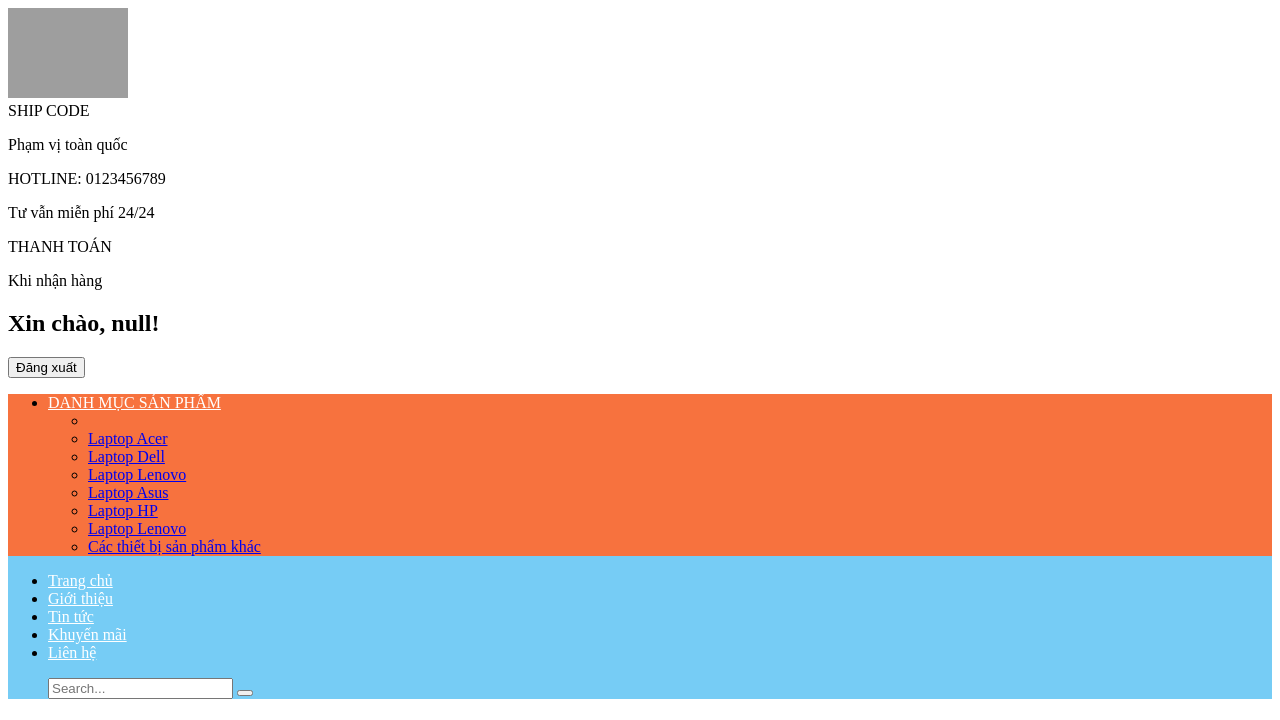
Repository: dhuNn103/DA
Page: http://localhost/CPT/all/homeHeader.jsp
The author's editor kept a copy of each file at every save. The page is drawn from the files as they stood at one save, then again after the next save.
The browser window is 1280 px wide. The pictures show the whole page.
Pictures or frames that could not be fetched are drawn as grey boxes. The page is served by Tomcat 9. Other server files are loaded and not shown.

Above is the page before, as saved 2024-05-13 16:43:55.

### workspace/CPT/src/main/webapp/all/homeHeader.jsp
<%@ page language="java" contentType="text/html; charset=UTF-8"
	pageEncoding="UTF-8"%>
<%@ taglib prefix="c" uri="http://java.sun.com/jsp/jstl/core"%>
<!DOCTYPE html>
<html>
<head>
<meta charset="UTF-8">
<title>Insert title here</title>
<style type="text/css">
.ctr-cl {
	background-color: #76ccf5;
}

.nv-cl {
	background-color: #f7723e;
}

.tl {
	color: white;
}

.sea:hover {
	background-color: #f7723e;
}
</style>
</head>
<body>
	<section class="header">
		<div class="container">
			<div class="row px-5">
				<div class="col-md-2" id="logo">
					<a href="index.jsp"> <img src="img/Logo1.png"
						style="width: 120px; height: 90px">
					</a>
				</div>
				<div class="col-md-7">
					<div class="row py-3">
						<div class="col-md-4">
							<div class="row text-danger">
								<div class="col-2 fs-3 p-1">
									<i class="fa-solid fa-truck"></i>
								</div>
								<div class="col-10">
									SHIP CODE
									<p class="text-dark">Phạm vị toàn quốc</p>
								</div>
							</div>
						</div>
						<div class="col-md-5">
							<div class="row text-danger">
								<div class="col-2 fs-3 p-1">
									<i class="fa-solid fa-phone-volume"></i>
								</div>
								<div class="col-10">
									HOTLINE: 0123456789
									<p class="text-dark">Tư vẫn miễn phí 24/24</p>
								</div>
							</div>
						</div>
						<div class="col-md-3">
							<div class="row text-danger">
								<div class="col-2 fs-3 p-1">
									<i class="fa-solid fa-hand-holding-dollar"></i>
								</div>
								<div class="col-10">
									THANH TOÁN
									<p class="text-dark">Khi nhận hàng</p>
								</div>
							</div>
						</div>
					</div>
				</div>
				<div class="col-md-3">
					<div class="row py-3">
						<div class="col-md-8">
							<div class="my-2">
								<!-- 								<a href="login.jsp"> -->
								<!-- 									<button href="login.jsp" class="btn btn-primary">Đăng -->
								<!-- 										nhập/đăng ký</button> -->
								<!-- 								</a> -->

								<h2>
									Xin chào,
									<%=session.getAttribute("eml")%>!
								</h2>
								<form action="LogOutServlet" method="post">
									<button type="submit">Đăng xuất</button>
								</form>
							</div>
						</div>
						<div class="col-md-2">
							<div class="row">
								<div class="fs-3 p-1">
									<a href="#"> <i class="fa-solid fa-cart-shopping text-dark"></i>
									</a>
								</div>
							</div>
						</div>
						<div class="col-md-2">
							<div class="row">
								<div class="fs-3 p-1">
									<a href="#"> <i class="fa-solid fa-bell text-dark"></i>
									</a>
								</div>
							</div>
						</div>
					</div>
				</div>
			</div>
		</div>
		<div class="container-fluid ctr-cl">
			<div class="container ctr-cl">
				<div class="row px-5 fs-5">
					<div class="col-md-3">
						<nav class="navbar navbar-expand-sm nv-cl">
							<ul class="navbar-nav ">
								<li class="nav-item dropdown px-1"><a
									class="nav-link dropdown-toggle tl"
									data-bs-auto-close="outside" href="#" id="navbarDropdown"
									data-bs-toggle="dropdown" aria-expanded="false"> <i
										class="fa-solid fa-bars"></i> DANH MỤC SẢN PHẨM
								</a>
									<ul class="dropdown-menu mt-3 fs-5">
										<li class="dropend">
											<!-- 										<a --> <!-- 											class="dropdown-item dropdown-toggle" -->
											<!-- 											data-bs-toggle="dropdown" href="#">Laptop</a> 											<ul class="dropdown-menu  mt-4 fs-5"> -->
											<!-- 												<li><a class="dropdown-item " href="lapacer.jsp">Thương -->
											<!-- 														hiệu Acer</a></li> --> <!-- 												<li><a class="dropdown-item " href="lapdell.jsp">Thương -->
											<!-- 														hiệu Dell</a></li> --> <!-- 												<li><a class="dropdown-item " href="laplenovo.jsp">Thương -->
											<!-- 														hiệu Lenovo</a></li> --> <!-- 												<li><a class="dropdown-item " href="lapasus.jsp">Thương -->
											<!-- 														hiệu Asus</a></li> --> <!-- 												<li><a class="dropdown-item " href="lapapple.jsp">Thương -->
											<!-- 														hiệu Apple</a></li> --> <!-- 												<li><a class="dropdown-item " href="laphp.jsp">Thương -->
											<!-- 														hiệu Hp</a></li> --> <!-- 											</ul>-->
										</li>
										<li><a class="dropdown-item " href="linkkien.jsp">Laptop
												Acer</a></li>
										<li><a class="dropdown-item " href="linkkien.jsp">Laptop
												Dell</a></li>
										<li><a class="dropdown-item " href="linkkien.jsp">Laptop
												Lenovo</a></li>
										<li><a class="dropdown-item " href="linkkien.jsp">Laptop
												Asus</a></li>
										<li><a class="dropdown-item " href="linkkien.jsp">Laptop
												HP</a></li>
										<li><a class="dropdown-item " href="linkkien.jsp">Laptop
												Lenovo</a></li>
										<li><a class="dropdown-item " href="linkkien.jsp">Các
												thiết bị sản phẩm khác</a></li>
									</ul></li>
							</ul>
						</nav>
					</div>
					<div class="col-md-6 ">
						<nav class="navbar navbar-expand-sm">
							<ul class="navbar-nav mx-2 ">
								<li class="nav-item mx-2"><a class="nav-link tl"
									href="index.jsp">Trang chủ</i></a></li>
								<li class="nav-item mx-2"><a class="nav-link tl"
									href="trangGioiThieu.jsp">Giới thiệu</a></li>
								<li class="nav-item mx-2"><a class="nav-link tl"
									href="trangTinTuc.jsp">Tin tức</a></li>
								<li class="nav-item mx-2"><a class="nav-link tl"
									href="trangKhuyenMai.jsp">Khuyến mãi</a></li>
								<li class="nav-item mx-2"><a class="nav-link tl"
									href="trangLienHe.jsp">Liên hệ</a></li>
							</ul>
						</nav>
					</div>
					<div class="col-md-3 pt-1">
						<nav class="navbar navbar-expand-sm justify-content-end">
							<ul class="navbar-nav">
								<form class="d-flex">
									<input class="form-control me-2" type="search"
										placeholder="Search..." aria-label="Search">
									<button class="btn btn-light sea" type="submit">
										<i class="fa-solid fa-magnifying-glass "></i>
									</button>
								</form>
							</ul>
						</nav>
					</div>
				</div>
			</div>
		</div>
	</section>
</body>
</html>

After the next save:
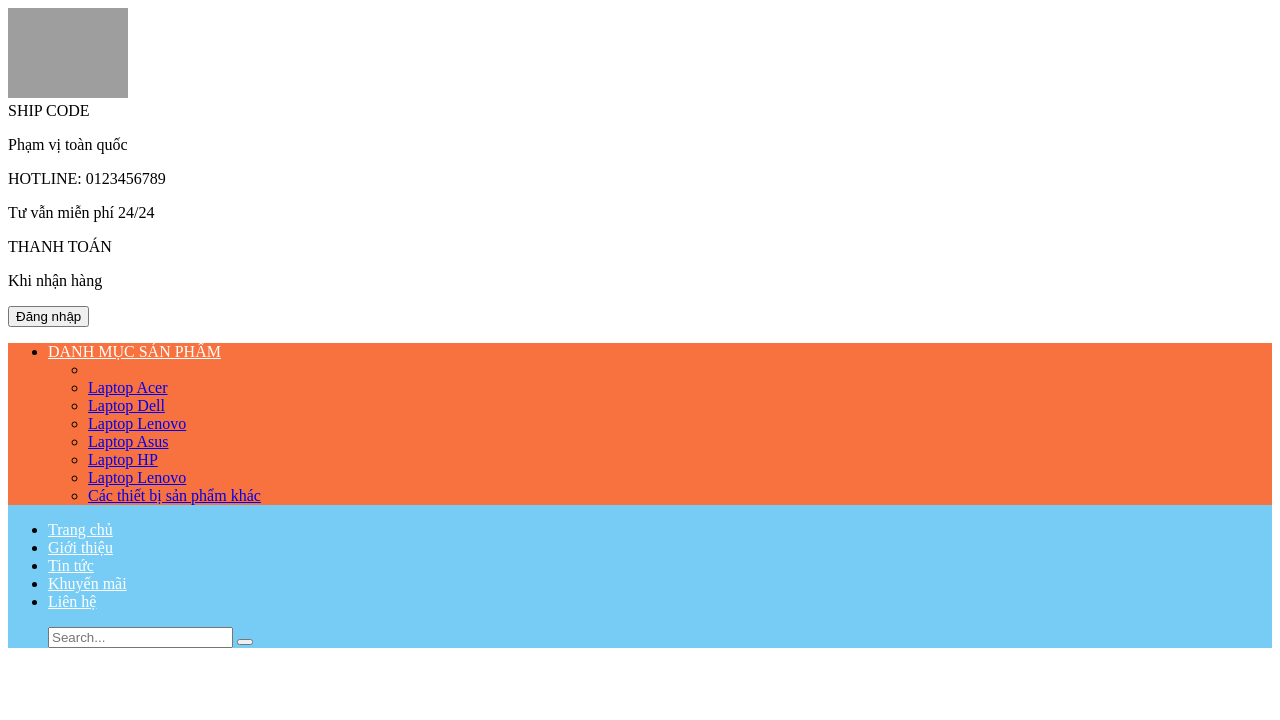
Saved 46 s later.
--- a/workspace/CPT/src/main/webapp/all/homeHeader.jsp
+++ b/workspace/CPT/src/main/webapp/all/homeHeader.jsp
@@ -79,13 +79,19 @@
 								<!-- 										nhập/đăng ký</button> -->
 								<!-- 								</a> -->
 
-								<h2>
-									Xin chào,
-									<%=session.getAttribute("eml")%>!
-								</h2>
-								<form action="LogOutServlet" method="post">
-									<button type="submit">Đăng xuất</button>
+								<%
+								if (session.getAttribute("eml") == null) {
+								%>
+								<button onclick="location.href='login.jsp'">Đăng nhập</button>
+								<%
+								} else {
+								%>
+								<form action="logOutServlet" method="post">
+									<input type="submit" value="Đăng xuất">
 								</form>
+								<%
+								}
+								%>
 							</div>
 						</div>
 						<div class="col-md-2">
